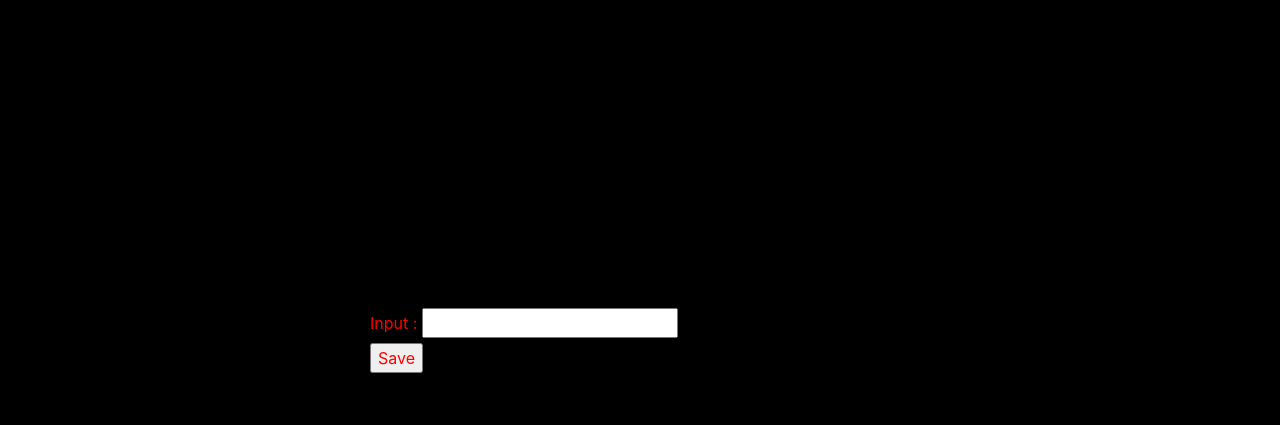
Repository: wtrabelssi/geolocalisation
Page: http://localhost/PfaGeo/view/index.jsp
These files come from the project's save history. The page is drawn as it stood at one moment and after the next save; the edit follows.
The browser window is 1280 px wide. The pictures show the whole page.
The page is served by Tomcat 9. Other server files are loaded and not shown.

Above is the page before, as saved 2023-05-07 22:38:23.

### PfaGeo/src/main/webapp/view/index.jsp
<%@ page language="java" contentType="text/html; charset=ISO-8859-1"
    pageEncoding="ISO-8859-1"%>
<!DOCTYPE html>
<html>
<head>
<meta charset="ISO-8859-1">

<title>Insert title here</title>
 <meta name="viewport" content="width=device-width, initial-scale=1.0">
    <link rel="stylesheet" href="https://maxcdn.bootstrapcdn.com/bootstrap/4.0.0/css/bootstrap.min.css">
    <style>
      html, body {
        height: 100%;
      }
      form , input{ color : red}

      body {
        display: flex;
        align-items: center;
        justify-content: center;
        background-color: #000000; /* Replace with your desired background color */
      }
    </style>
</head>

<body class="vh-100">
  <div class="container">
    <div class="row justify-content-center">
      <div class="col-md-6">
        <form action="/reclamations" method="POST" class="form-group">
		<label>Input : </label>

 		<input type="text" name ="baladia"><br>
 		<input type ="submit" value="Save">

 </form><br>
      </div>
    </div>
  </div>
</body>

</html>

After the next save:
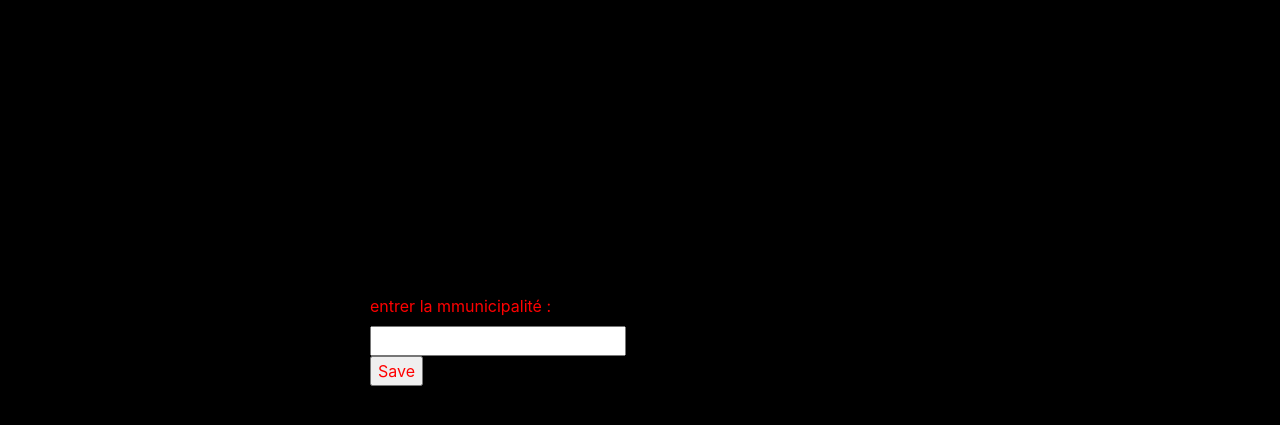
Saved 77 s later.
--- a/PfaGeo/src/main/webapp/view/index.jsp
+++ b/PfaGeo/src/main/webapp/view/index.jsp
@@ -28,7 +28,7 @@
     <div class="row justify-content-center">
       <div class="col-md-6">
         <form action="/reclamations" method="POST" class="form-group">
-		<label>Input : </label>
+		<label>entrer la mmunicipalité : </label><br>
 
  		<input type="text" name ="baladia"><br>
  		<input type ="submit" value="Save">
